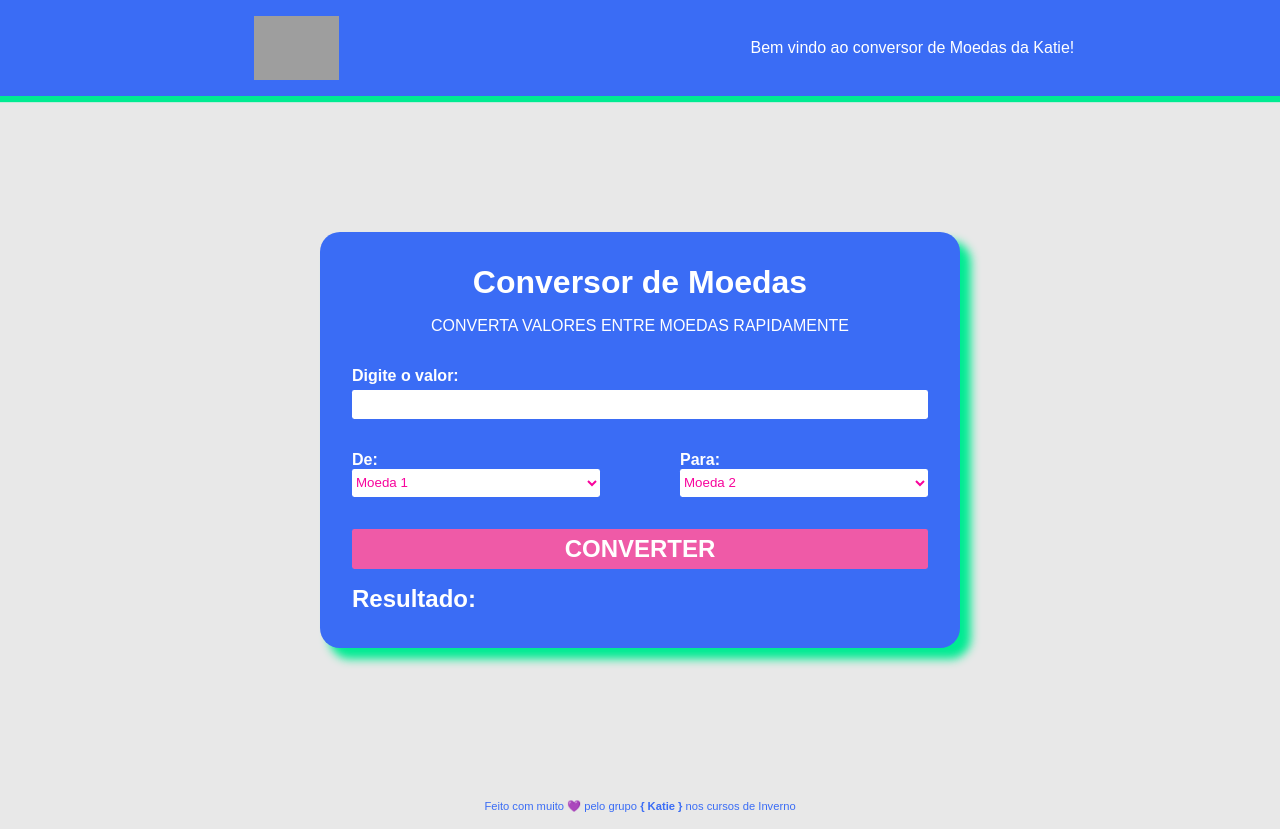
Repository: willamesalmeida/Conversor-de-Moedas
Page: index.html
The author's editor kept a copy of each file at every save. The page is drawn from the files as they stood at one save, then again after the next save.
The browser window is 1280 px wide. The pictures show the whole page.
Pictures or frames that could not be fetched are drawn as grey boxes.

Above is the page before, as saved 2022-08-07 15:22:27.

### index.html
<!DOCTYPE html>
<html lang="pt-br">
<head>
    <meta charset="UTF-8" />
    <meta name="viewport" content="width=device-width, initial-scale=1.0">
    <link rel="stylesheet" href="./global.css">
    <link rel="stylesheet" href="./styles.css">
    <title>Conversor de moedas KATIE</title>
</head>
<body>
    <script src="script.js"></script>

    <header class="cabecalho">
        <img class="gif-katie" src="https://ic.ufal.br/extensao/katie/resources/logoanim.gif"/>
        <p class="saudacao">Bem vindo ao conversor de Moedas da Katie!</p>
    </header>
    <main class="container">
        <section class="card">
            <header>
                <h2 class="titulo">Conversor de Moedas</h2>
                CONVERTA VALORES ENTRE MOEDAS RAPIDAMENTE
            </header>

            <section class="valor">
                <label>Digite o valor:</label>
                <input type="number" id="valor_inicial">
            </section>

            <section class="conversao">
                <div  class="converter-de">
                    <label>De:</label>
                    <select name="moedasde" id="moedasde">
                        <option value="de">Moeda 1</option>
                        <option value="USD">Dolar</option>
                        <option value="BRL">Real</option>
                        <option value="EUR">Euro</option>
                      </select>
                </div>

                <div class="converter-para">
                    <label>Para:</label>
                    <select name="moedaspara" id="moedaspara">
                        <option value="para">Moeda 2</option>
                        <option value="USD">Dolar</option>
                        <option value="BRL">Real</option>
                        <option value="EUR">Euro</option>
                      </select>
                </div>

            </section>
            <button type="submit" onclick="Converter()">CONVERTER</button>
            <h1>Resultado:</h1>
            <span id="resultado" class="resultado"></span>

        </section>

    </main>

    <footer>
        Feito com muito &#128156 pelo grupo <strong>{ Katie }</strong> nos cursos de Inverno
    </footer>


</body>
</html>

### global.css
@import url('https://fonts.googleapis.com/css2?family=Roboto+Flex:opsz,wght@8..144,400;8..144,500&family=Roboto:ital,wght@0,100;0,300;0,400;0,500;0,700;0,900;1,100;1,300;1,400;1,500;1,700;1,900&display=swap');
:root {
  --rosa-katie: #f8049c;
  --amarelo-katie: #fdd54f;
  --cinza-katie: #1f1f24;
  --rosa-claro: #EF5AA7;
  --branco:  #ffffff;
  --blue: #3A6CF5;
  --gray:#E8E8E8;
  --grey2: #EBEBF3;
  --red:#FF0000;
  --greendark:#007560;
  --greenlight:#27EDC4;
  --greenciano:#51EFD0;
  --azul:#006CF9;
  --greengreen:#00EB92;
}

* {
  margin: 0;
  padding: 0;
  box-sizing: border-box;
}

body {
  font-family: 'Roboto ', sans-serif;
  font-family: 'Roboto Flex ', sans-serif;
  color: #ffffff;
  background-color: var(--gray);

}

### styles.css
.cabecalho {
  background: var(--blue);
  padding: 1rem 0;
}
input, select{
  outline: none;
}

.gif-katie {
  margin-left: 3rem;
  height: 4rem;
}
.cabecalho{
  display: flex;
  align-items: center;
  justify-content: space-around;
  box-shadow: 1px 1px 1px 5px var(--greengreen)
}

.saudacao {
  text-align: center;

}

.container {
  padding: 2.5rem 1rem;
}

.card {
  background: var(--blue);
  width: 40rem;
  height: 26rem;
  border-radius: 20px;
  padding: 2rem;
  margin: 6rem auto;
  box-shadow: 10px 10px 10px 1px var(--greengreen)
}

header h2 {

  font-size: 2rem;
}

.titulo {
  margin-bottom: 1rem;
}

.card header {
  text-align: center;
}

.valor {
  margin: 2rem 0;
  display: flex;
  flex-direction: column;
}

label {
  font-size: 1rem;
  font-weight: bold;
  margin-bottom: 0.3rem;
}

input,
select {
  border: none;
  border-radius: 0.15rem;
  height: 1.8rem;
  width: 100%;
  background: var(--branco);
  color: var(--rosa-katie)
}

input {
    padding: 0.8rem;
}

.conversao {
    width: 100%;
    margin: 2rem 0;
    display: flex;
    flex-direction: row;
  }

.converter-de,
.converter-para {
  width: 100%;
}

.converter-de {
  margin-right: 2.5rem;
}

.converter-para {
  margin-left: 2.5rem;
}

button {
  background: var(--rosa-claro);
  border: none;
  border-radius: 0.15rem;
  width: 100%;
  height: 2.5rem;
  cursor: pointer;
  color: var(--branco);
  font-weight: bold;
  font-size: 1.5rem;
  transition: 0.5s;
  margin-bottom: 1rem;
}

#resultado {
    font-weight: bold;
    color: var(--amarelo-katie);
    font-size: 1.5rem;
    text-align: center;
}

button:hover {
  filter: brightness(0.8);
}

footer {
    margin: 1rem 0;
    color: var(--blue);
    font-size: 0.70rem;
    text-align: center;
}

### script.js
function Converter() {
  let input = parseFloat(document.getElementById("valor_inicial").value);
  let output = document.getElementById("resultado");
  let de = document.getElementById("moedasde");
  let para = document.getElementById("moedaspara");

  console.log(de.value);

  //Reais
  if (de.value == "BRL" && para.value != "Moeda 2") {
    let valorEmReais = input;
    let valor;
    if (para.value == "BRL") {
      valor = "O valor em reais é: R$" + valorEmReais.toFixed(2);
    } else if (para.value == "EUR") {
      valor = "O valor em euros é: €" + (valorEmReais * 0.1885).toFixed(2);
    } else if (para.value == "USD") {
      valor = "O valor em dólar é: $" + (valorEmReais * 0.1917).toFixed(2);
    }
    output.innerHTML = valor;
  } else if (de.value == "EUR" && para.value != "Moeda 2") {
    let valorEmEuros = input;
    let valor;

    if (para.value == "EUR") {
      valor = "O valor em euros é: €" + valorEmEuros.toFixed(2);
    } else if (para.value == "USD") {
      valor = "O valor em dólar é: $" + (valorEmEuros * 1.0167).toFixed(2);
    } else if (para.value == "BRL") {
      valor = "O valor em reais é: R$" + (valorEmEuros * 5.303).toFixed(2);
    }
    output.innerHTML = valor;
  } else if (de.value == "USD" && para.value != "Moeda 2") {
    console.log("entrou no else is do dolar");
    let valorEmDolar = input;
    let valor;

    if (para.value == "USD") {
      valor = "O valor em dólar é: $" + valorEmDolar.toFixed(2);
    } else if (para.value == "BRL") {
      valor = "O valor em dólar é: R$" + (valorEmDolar * 5.2159).toFixed(2);
    } else if (para.value == "EUR") {
      valor = "O valor em dólar é: €" + (valorEmDolar * 0.9832).toFixed(2);
    }
    output.innerHTML = valor;
  } else {
    output.innerHTML = "";
  }
}

After the next save:
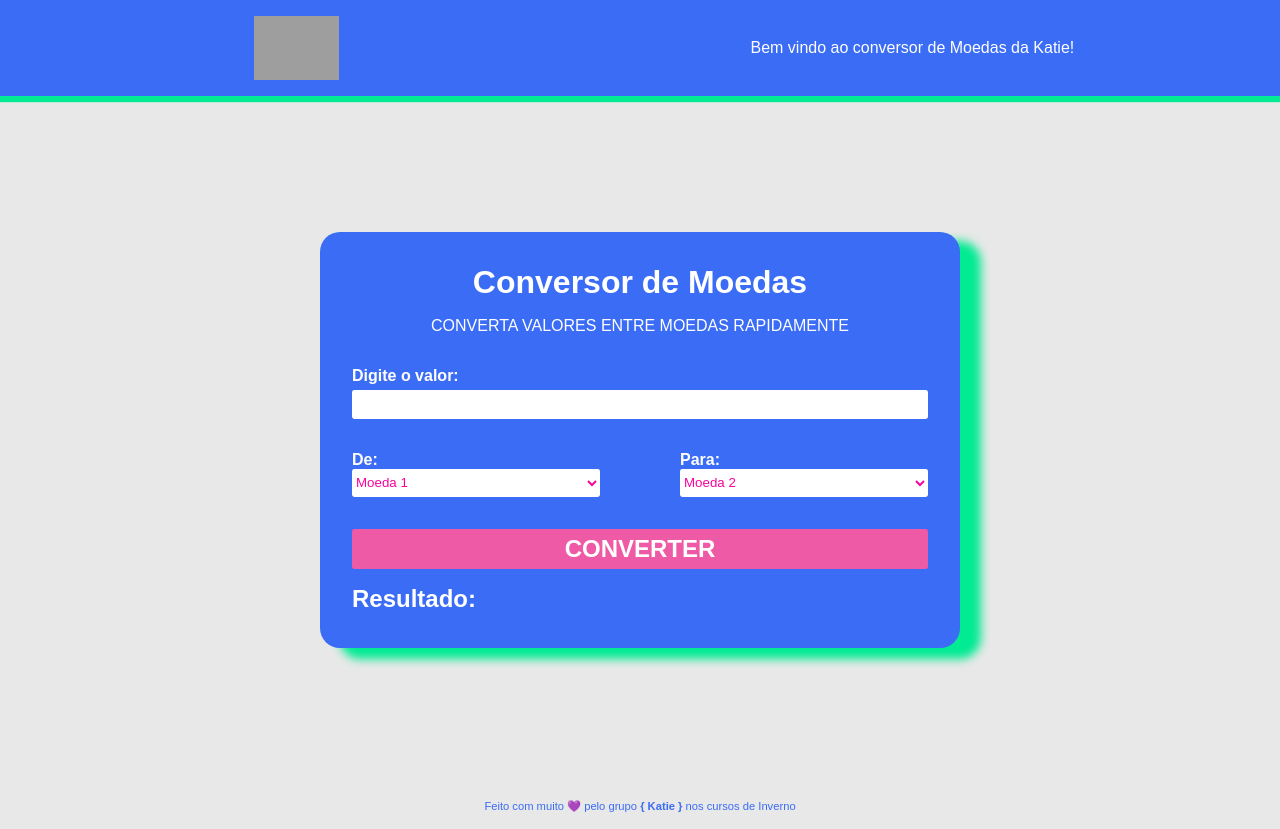
Saved 15 s later.
--- a/styles.css
+++ b/styles.css
@@ -33,7 +33,7 @@ input, select{
   border-radius: 20px;
   padding: 2rem;
   margin: 6rem auto;
-  box-shadow: 10px 10px 10px 1px var(--greengreen)
+  box-shadow: 20px 10px 10px 1px var(--greengreen)
 }
 
 header h2 {
